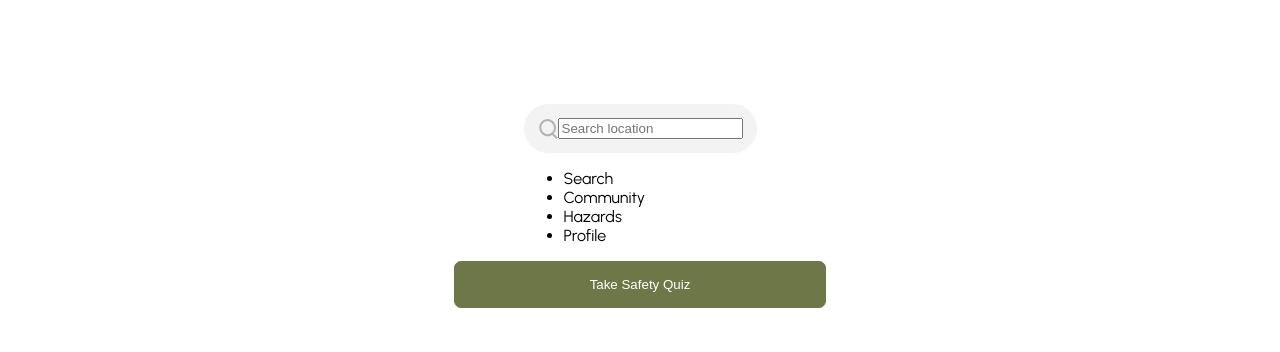
Repository: Aladdin3r/SafeCycle
Page: /
An editor plug-in stored every save of this project. The page is shown before and after a run of saves, followed by the edit.
The browser window is 1280 px wide. The pictures show the whole page.
The project was rebuilt for these pictures with package versions that can differ from the ones it lists, and the page was loaded fresh each time. The framework's server and built-in components were replaced by stand-ins that run in the browser.

Above is the page before, as saved 2024-04-15 10:50:51.

After the next 3 saves:
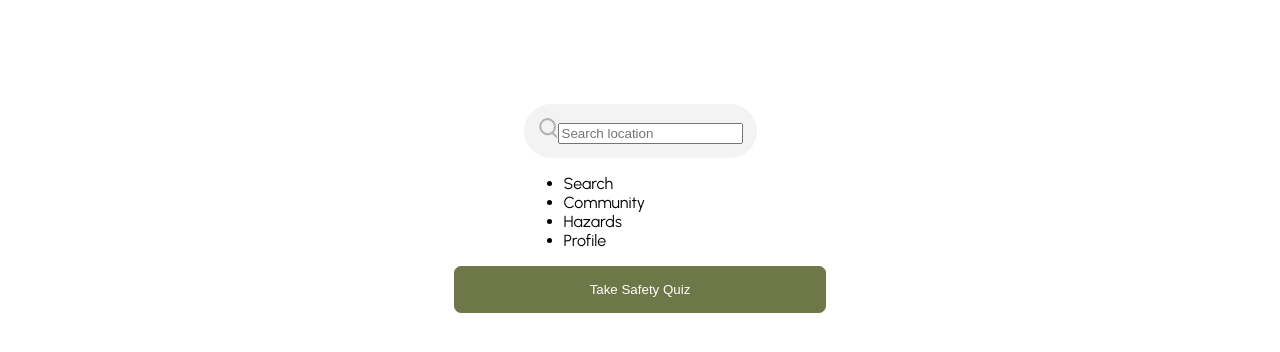
The 3 saves are shown as one change because they came seconds apart.
The last was saved 26 s later.
--- a/components/NavBar/NavBar.module.css
+++ b/components/NavBar/NavBar.module.css
@@ -1,8 +1,11 @@
 .search {
     width: max-content;
-    display: flex;
     align-items: center;
     padding: 14px;
     border-radius: 28px;
     background-color: var(--grey);
 }
+
+.navigation {
+    dis
+}
